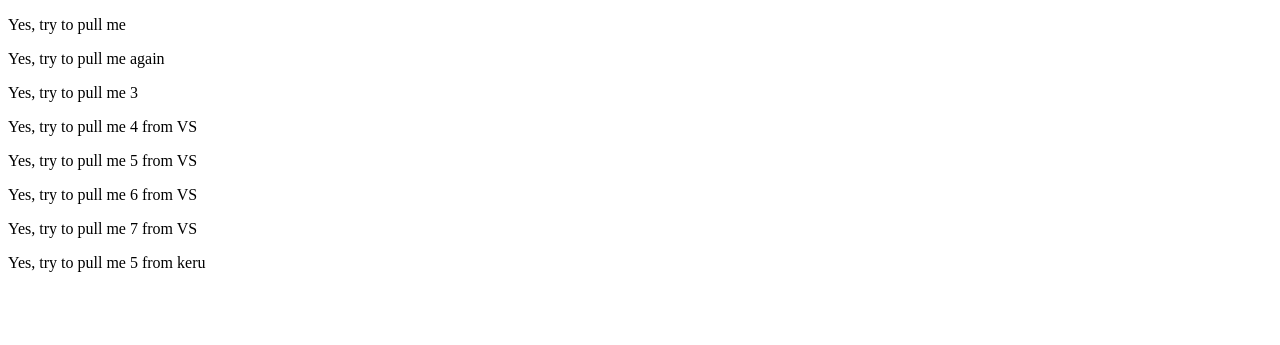
Repository: kerudai/julTest
Page: ignore.html
These files come from the project's save history. The page is drawn as it stood at one moment and after the next save; the edit follows.
The browser window is 1280 px wide. The pictures show the whole page.

Above is the page before, as saved 2020-07-27 22:35:57.

### ignore.html
<!DOCTYPE html>
<html lang="en">
<head>
   <meta charset="UTF-8">
    <meta name="viewport" content="width=device-width, initial-scale=1.0">
    <title>Document</title>
</head>
<body>
    <p>Yes, try to pull me</p>
    <p>Yes, try to pull me again</p>
    <p>Yes, try to pull me 3</p>
    <p>Yes, try to pull me 4 from VS</p>
    <p>Yes, try to pull me 5 from VS</p>
    <p>Yes, try to pull me 6 from VS</p>
    <p>Yes, try to pull me 7 from VS</p>
    <p>Yes, try to pull me 5 from keru</p>
</body>
</html>

After the next save:
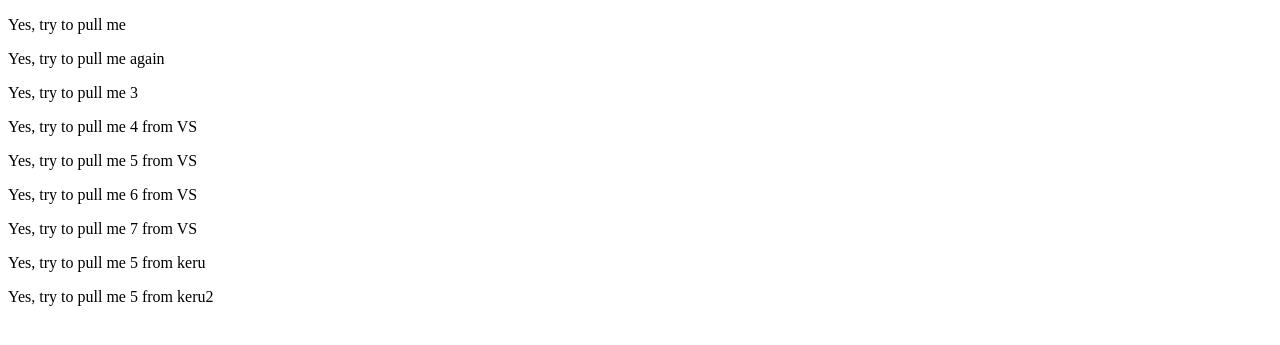
Saved 8 min 7 s later.
--- a/ignore.html
+++ b/ignore.html
@@ -14,5 +14,6 @@
     <p>Yes, try to pull me 6 from VS</p>
     <p>Yes, try to pull me 7 from VS</p>
     <p>Yes, try to pull me 5 from keru</p>
+    <p>Yes, try to pull me 5 from keru2</p>
 </body>
 </html>
